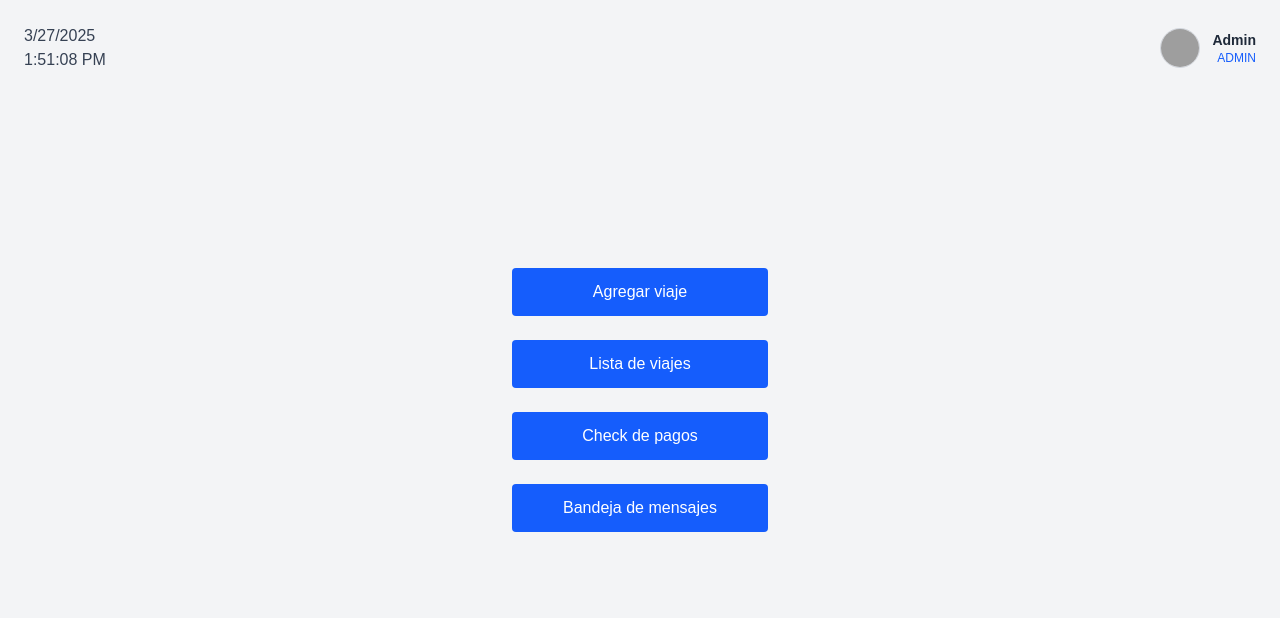
Repository: francoluca35/appcolectivos
Page: /homeadmin
An editor plug-in stored every save of this project. The page is shown before and after the next save, followed by the edit.
The browser window is 1280 px wide. The pictures show the whole page.
Pictures or frames that could not be fetched are drawn as grey boxes. The project was rebuilt for these pictures with package versions that can differ from the ones it lists, and the page was loaded fresh each time. The framework's server and built-in components were replaced by stand-ins that run in the browser. Also part of the build but not shown: next.config.mjs.

Above is the page before, as saved 2025-03-27 20:43:09.

### src/app/homeadmin/page.js
"use client";

import React, { useEffect, useState } from "react";

export default function HomeAdmin() {
  const [fechaHora, setFechaHora] = useState(new Date());
  const usuario = JSON.parse(localStorage.getItem("adminUser")) || { username: "Admin", role: "admin" };

  useEffect(() => {
    const interval = setInterval(() => setFechaHora(new Date()), 1000);
    return () => clearInterval(interval);
  }, []);

  return (
    <div className="min-h-screen bg-gray-100 p-6 flex flex-col">
      {/* Header */}
      <div className="flex justify-between items-center mb-8">
        {/* Fecha y hora */}
        <div className="text-gray-700 font-medium">
          <p>{fechaHora.toLocaleDateString()}</p>
          <p>{fechaHora.toLocaleTimeString()}</p>
        </div>

        {/* Usuario */}
        <div className="flex items-center gap-3">
          <img
            src="/avatar.png"
            alt="User Avatar"
            className="w-10 h-10 rounded-full border border-gray-300"
          />
          <div className="text-right">
            <p className="text-sm font-bold text-gray-800">{usuario.username}</p>
            <p className="text-xs text-blue-600 uppercase">{usuario.role}</p>
          </div>
        </div>
      </div>

      {/* Botones */}
      <div className="flex flex-col items-center justify-center flex-grow gap-6">
        <button className="w-64 py-3 bg-blue-600 text-white rounded hover:bg-blue-700 transition">Agregar viaje</button>
        <button className="w-64 py-3 bg-blue-600 text-white rounded hover:bg-blue-700 transition">Lista de viajes</button>
        <button className="w-64 py-3 bg-blue-600 text-white rounded hover:bg-blue-700 transition">Check de pagos</button>
        <button className="w-64 py-3 bg-blue-600 text-white rounded hover:bg-blue-700 transition">Bandeja de mensajes</button>
      </div>
    </div>
  );
}

Loaded but not shown: src/app/layout.js (common file); src/app/globals.css (common file)

After the next save:
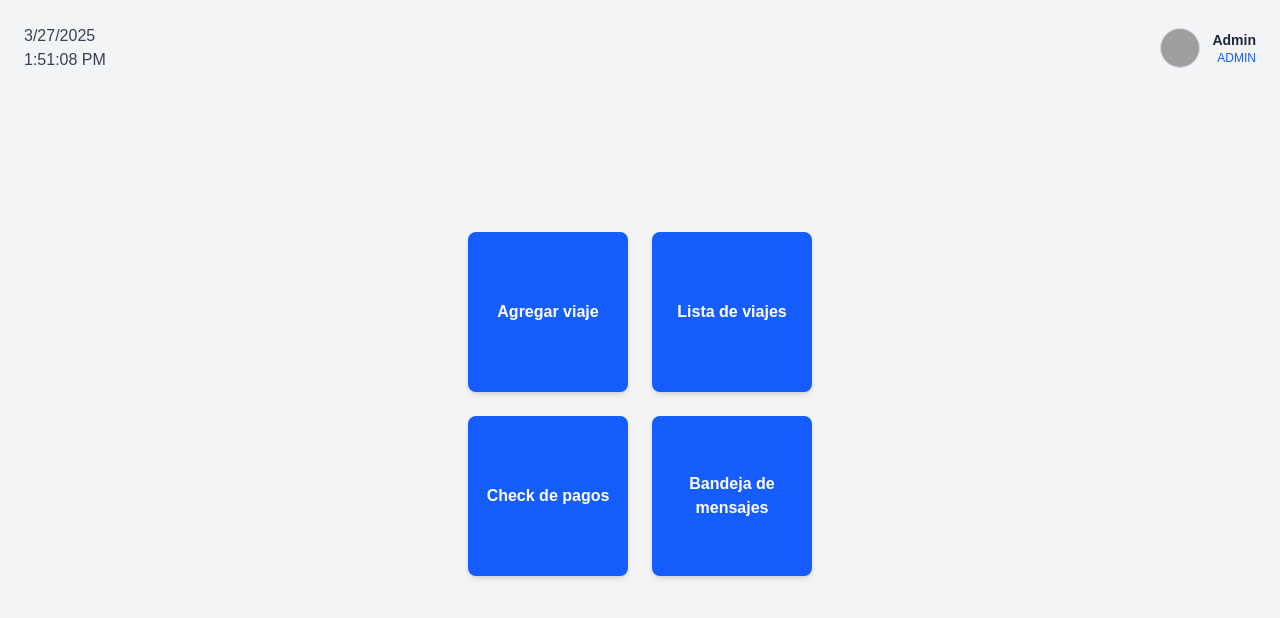
Saved 80 s later.
--- a/src/app/homeadmin/page.js
+++ b/src/app/homeadmin/page.js
@@ -1,20 +1,33 @@
 "use client";
 
 import React, { useEffect, useState } from "react";
+import { useRouter } from "next/navigation";
 
 export default function HomeAdmin() {
   const [fechaHora, setFechaHora] = useState(new Date());
-  const usuario = JSON.parse(localStorage.getItem("adminUser")) || { username: "Admin", role: "admin" };
+  const router = useRouter();
+
+  const usuario = JSON.parse(localStorage.getItem("adminUser")) || {
+    username: "Admin",
+    role: "admin",
+  };
 
   useEffect(() => {
     const interval = setInterval(() => setFechaHora(new Date()), 1000);
     return () => clearInterval(interval);
   }, []);
 
+  const botones = [
+    { texto: "Agregar viaje", ruta: "/agregarviaje" },
+    { texto: "Lista de viajes", ruta: "/listaviajes" },
+    { texto: "Check de pagos", ruta: "/checkpagos" },
+    { texto: "Bandeja de mensajes", ruta: "/mensajes" },
+  ];
+
   return (
     <div className="min-h-screen bg-gray-100 p-6 flex flex-col">
       {/* Header */}
-      <div className="flex justify-between items-center mb-8">
+      <div className="flex justify-between items-center mb-10">
         {/* Fecha y hora */}
         <div className="text-gray-700 font-medium">
           <p>{fechaHora.toLocaleDateString()}</p>
@@ -35,12 +48,19 @@ export default function HomeAdmin() {
         </div>
       </div>
 
-      {/* Botones */}
-      <div className="flex flex-col items-center justify-center flex-grow gap-6">
-        <button className="w-64 py-3 bg-blue-600 text-white rounded hover:bg-blue-700 transition">Agregar viaje</button>
-        <button className="w-64 py-3 bg-blue-600 text-white rounded hover:bg-blue-700 transition">Lista de viajes</button>
-        <button className="w-64 py-3 bg-blue-600 text-white rounded hover:bg-blue-700 transition">Check de pagos</button>
-        <button className="w-64 py-3 bg-blue-600 text-white rounded hover:bg-blue-700 transition">Bandeja de mensajes</button>
+      {/* Cuadrícula de botones */}
+      <div className="flex-grow flex justify-center items-center">
+        <div className="grid grid-cols-2 gap-6">
+          {botones.map((btn, i) => (
+            <button
+              key={i}
+              onClick={() => router.push(btn.ruta)}
+              className="w-40 h-40 bg-blue-600 text-white font-semibold text-center rounded-lg shadow-md hover:bg-blue-700 transition"
+            >
+              {btn.texto}
+            </button>
+          ))}
+        </div>
       </div>
     </div>
   );
